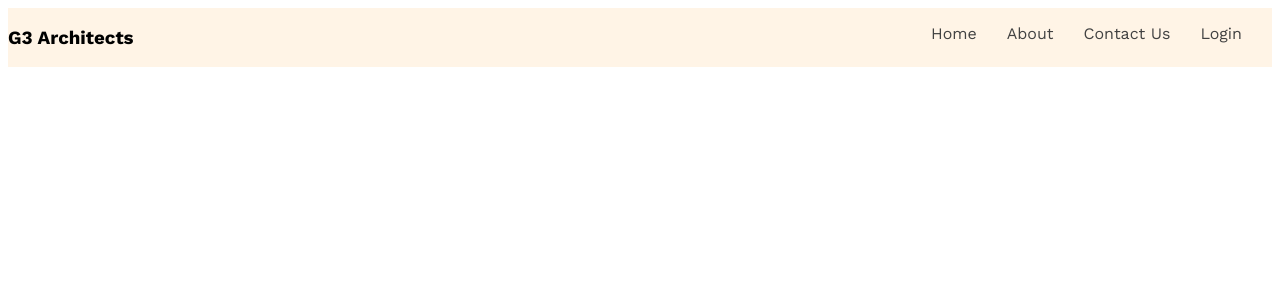
Repository: dollyrakhe22/g3-architects-website
Page: index.html
These files come from the project's save history. The page is drawn as it stood at one moment and after the next save; the edit follows.
The browser window is 1280 px wide. The pictures show the whole page.

Above is the page before, as saved 2025-07-18 16:06:55.

After the next save:
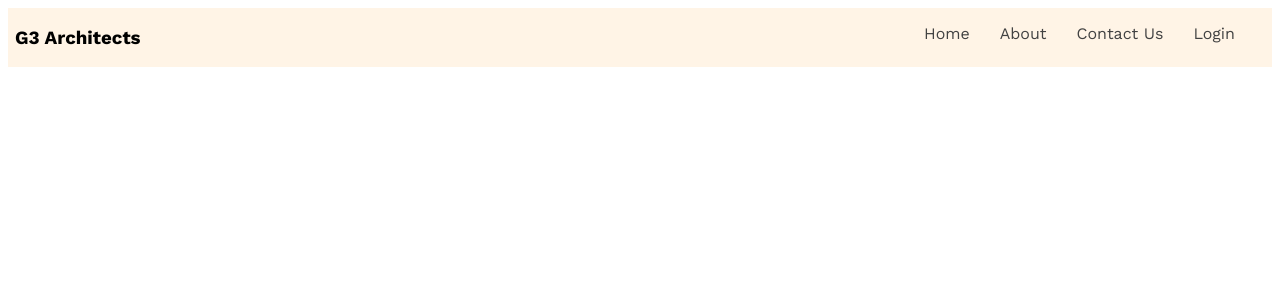
Saved 4 min 18 s later.
--- a/style.css
+++ b/style.css
@@ -41,6 +41,6 @@
   font-size: 500;
 }
 .navbar {
-  max-width: 1440px;
+  max-width: 1250px;
   margin: 0 auto;
 }

After the save that followed:
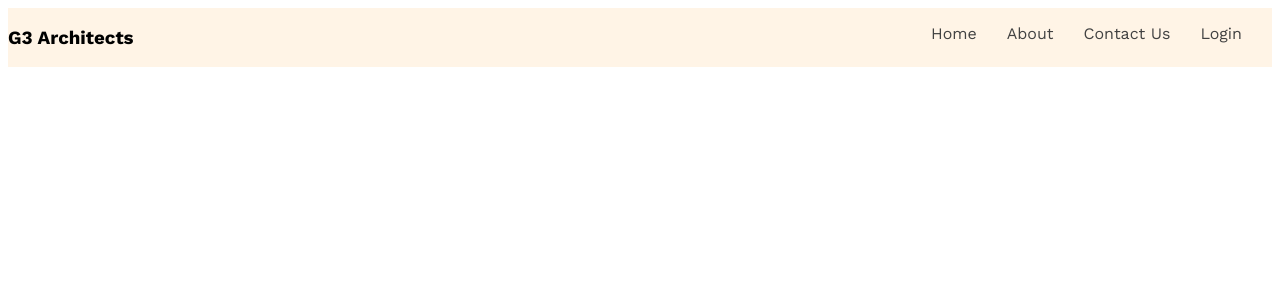
Saved 78 s later.
--- a/style.css
+++ b/style.css
@@ -41,6 +41,6 @@
   font-size: 500;
 }
 .navbar {
-  max-width: 1250px;
+  max-width: 1270px;
   margin: 0 auto;
 }
